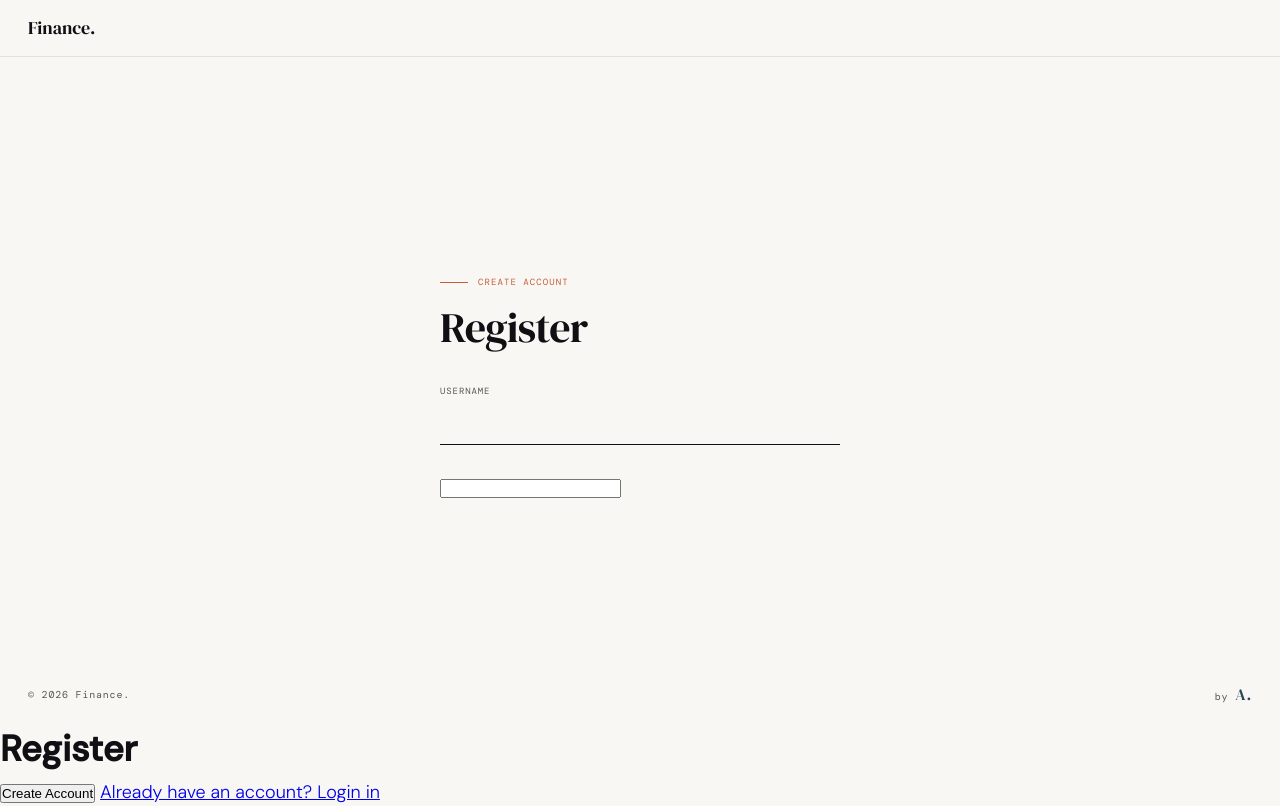
Repository: adtm0/Fined
Page: tracker/templates/tracker/register.html
These files come from the project's save history. The page is drawn as it stood at one moment and after the next save; the edit follows.
The browser window is 1280 px wide. The pictures show the whole page.
Some web fonts or font styles are not loaded; a fallback is used. The template is drawn by Django 4.2. The application's start-up code is not run. The template is opened directly, without the code that normally fills it, so the values that code supplies are empty.

Above is the page before, as saved 2026-05-01 21:47:38.

After the next save:
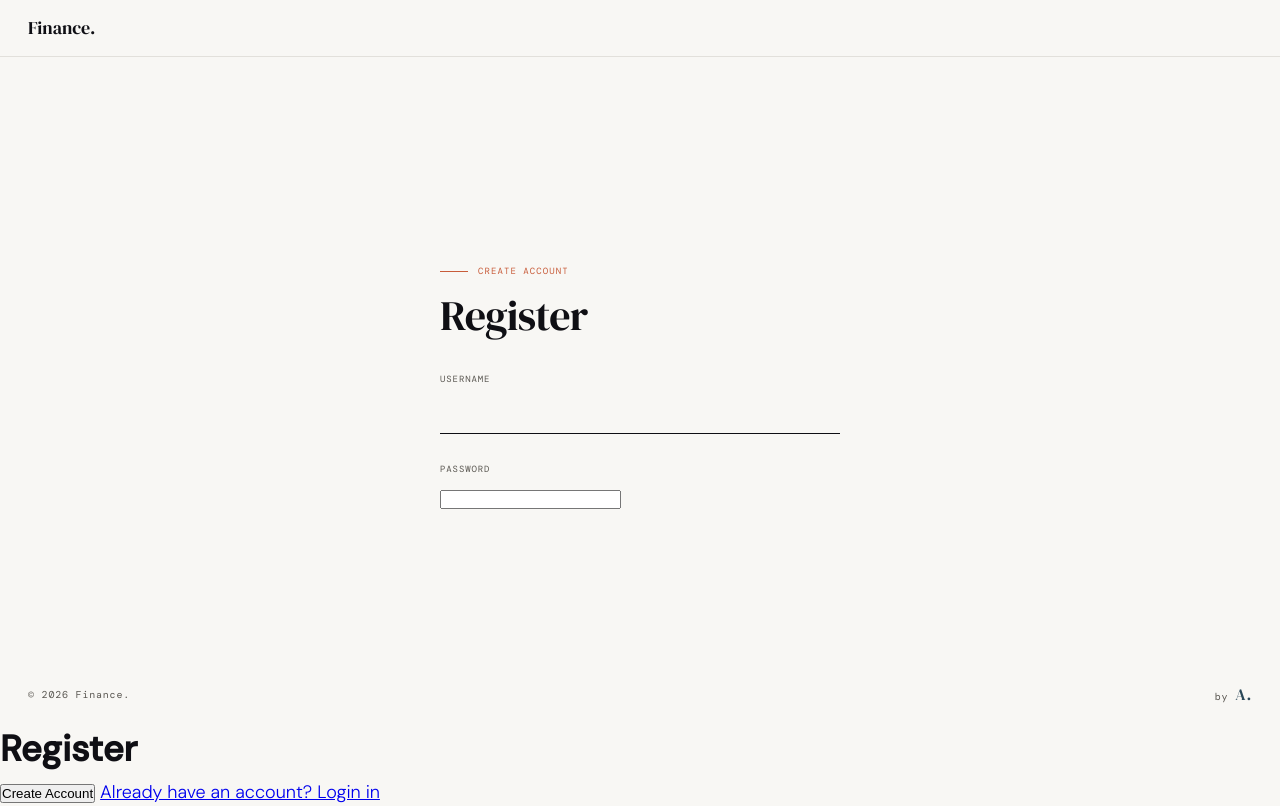
Saved 6 s later.
--- a/tracker/templates/tracker/register.html
+++ b/tracker/templates/tracker/register.html
@@ -17,7 +17,7 @@
       <label>Username</label>
       <input type="text" name="username" autofocus>
 
-      <label></label>
+      <label>Password</label>
       <input></input>
 
     </form>
